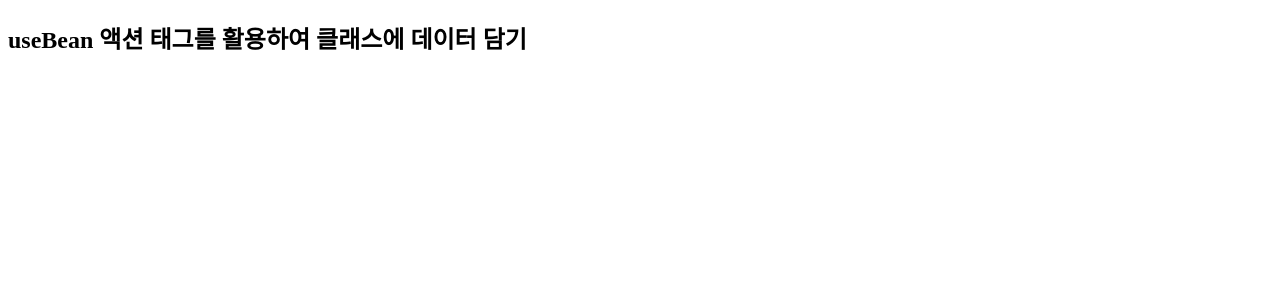
Repository: Rua1006/JSP
Page: http://localhost/practice02/07Human.jsp
An editor plug-in stored every save of this project. The page is shown before and after the next save, followed by the edit.
The browser window is 1280 px wide. The pictures show the whole page.
The page is served by Tomcat 9. Other server files are loaded and not shown.

Above is the page before, as saved 2022-11-10 07:11:33.

### practice02/WebContent/07Human.jsp
<%@ page language="java" contentType="text/html; charset=UTF-8"
    pageEncoding="UTF-8"%>
<!DOCTYPE html>
<html>
<head>
<meta charset="UTF-8">
<title>07Human - useBean 액션 태그를 활용하여 클래스에 데이터 담기</title>
</head>
<body>
<h2>useBean 액션 태그를 활용하여 클래스에 데이터 담기</h2>
<jsp:useBean id="b" scope="request" class="com.example.Human">
<%
	b.setName("강병수");
	b.setCountry("대한민국");
	b.setAge(30);
	b.setHobby("잠");
%>
</jsp:useBean>
</body>
</html>

### practice02/src/com/example/Human.java
package com.example;

public class Human {
	private String country;
	private String name;
	private int age;
	private String hobby;
	public String getCountry() {
		return country;
	}
	public void setCountry(String country) {
		this.country = country;
	}
	public String getName() {
		return name;
	}
	public void setName(String name) {
		this.name = name;
	}
	public int getAge() {
		return age;
	}
	public void setAge(int age) {
		this.age = age;
	}
	public String getHobby() {
		return hobby;
	}
	public void setHobby(String hobby) {
		this.hobby = hobby;
	}

}

After the next save:
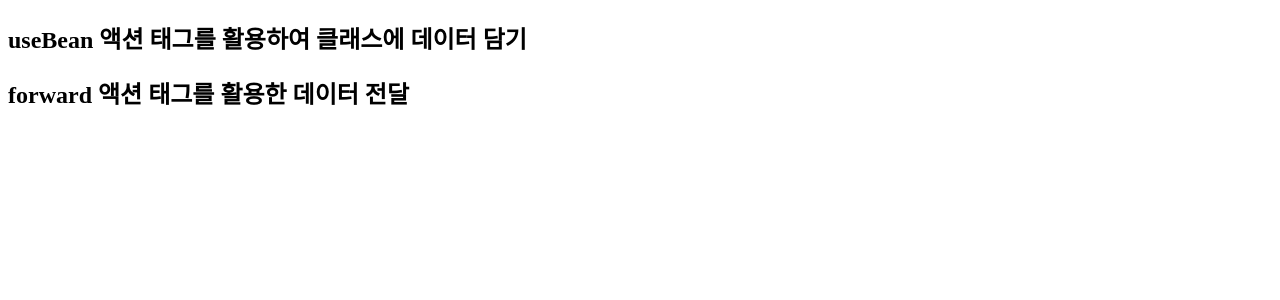
Saved 23 s later.
--- a/practice02/WebContent/07Human.jsp
+++ b/practice02/WebContent/07Human.jsp
@@ -16,5 +16,6 @@
 	b.setHobby("잠");
 %>
 </jsp:useBean>
+<h2>forward 액션 태그를 활용한 데이터 전달</h2>
 </body>
 </html>
